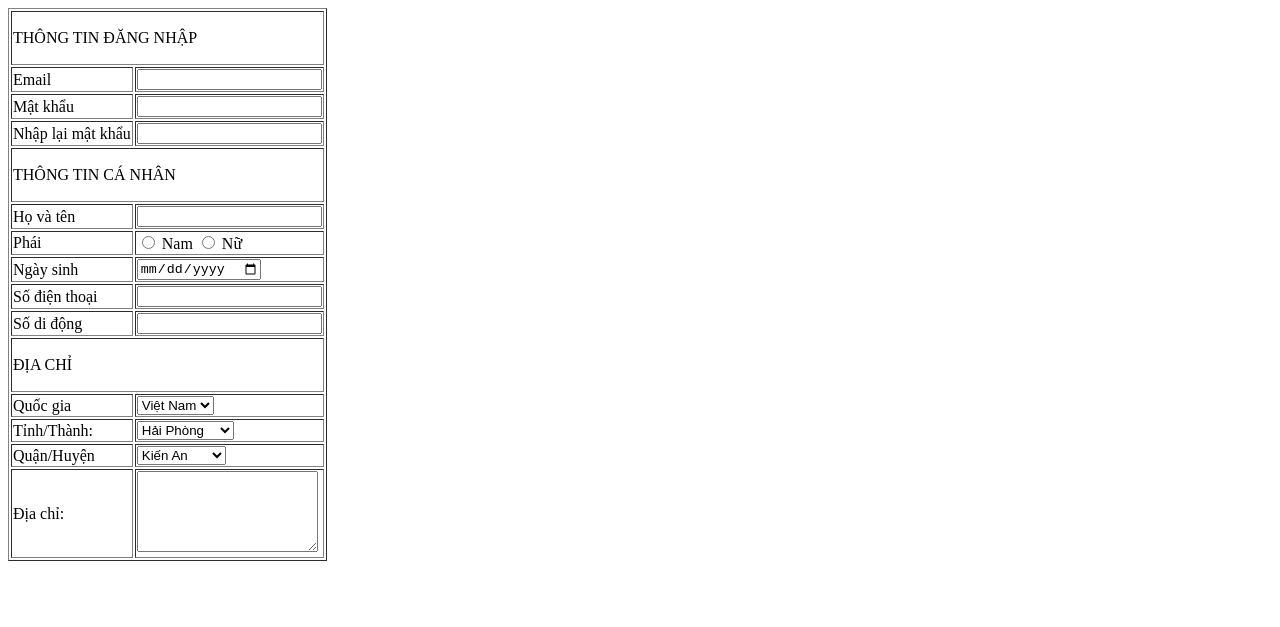
Repository: Vanh260703/Java-Servlet
Page: Bai1_HelloWorld/src/main/webapp/vidu.html
These files come from the project's save history. The page is drawn as it stood at one moment and after the next save; the edit follows.
The browser window is 1280 px wide. The pictures show the whole page.

Above is the page before, as saved 2025-02-28 16:16:00.

After the next save:
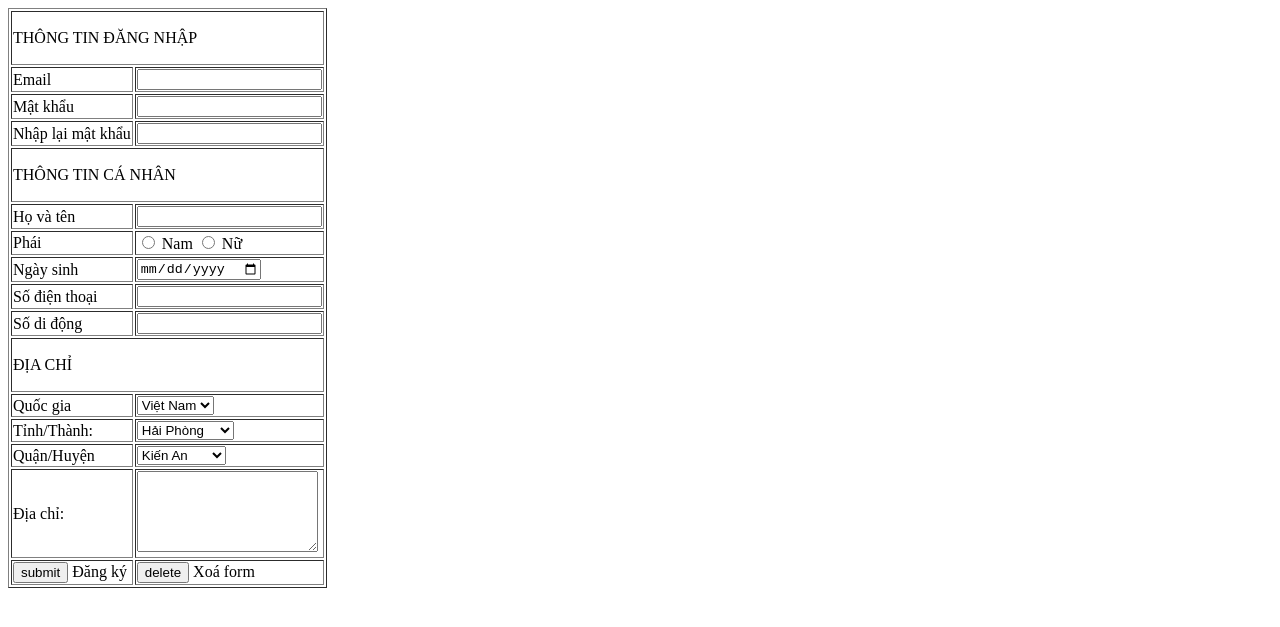
Saved 94 s later.
--- a/Bai1_HelloWorld/src/main/webapp/vidu.html
+++ b/Bai1_HelloWorld/src/main/webapp/vidu.html
@@ -127,6 +127,14 @@
 					<textarea rows="5" cols="" name = "location" id = "location"></textarea>
 				</td>
 			</tr>
+			<tr>
+				<td>
+					<input type = "button" id = "submit" value = "submit"> Đăng ký
+				</td>
+				<td>
+					<input type = "button" id = delete" value = "delete"> Xoá form
+				</td>
+			</tr>
 		</tbody>
 	</table>
 
